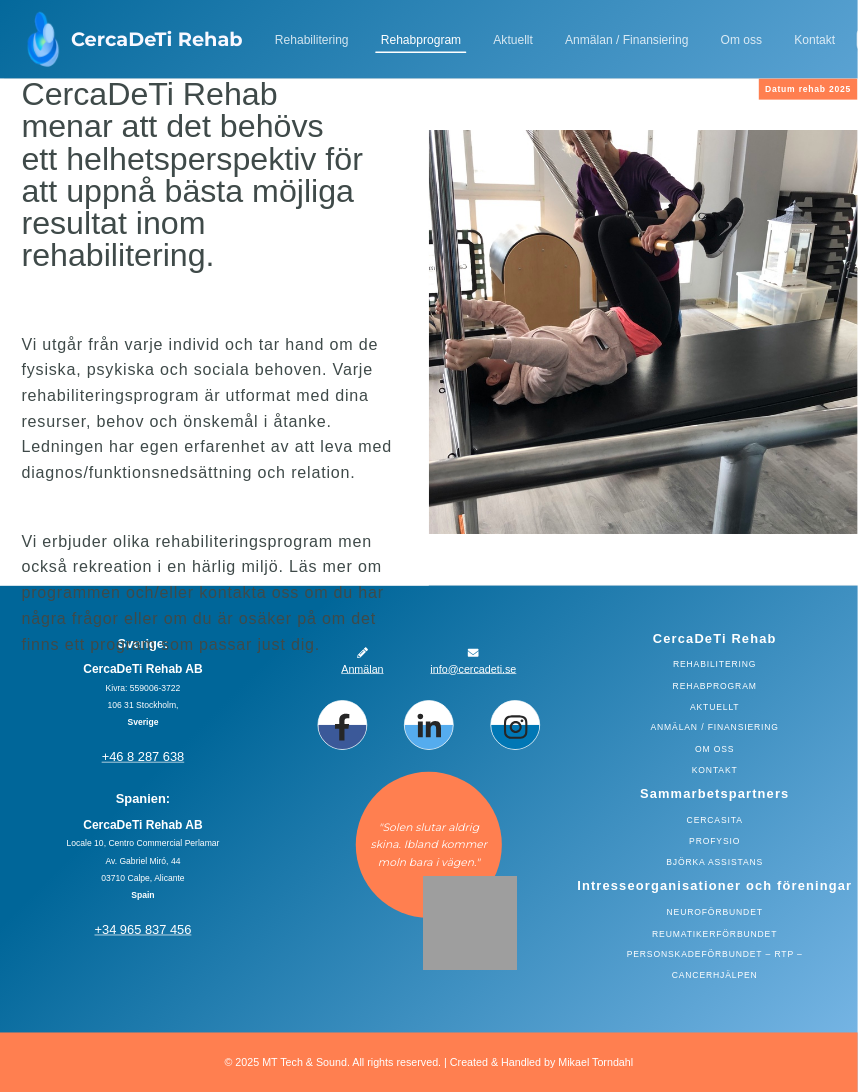
Repository: micketorndahl/CercaDeTi-rehab
Page: Rehabprogram.html
These files come from the project's save history. The page is drawn as it stood at one moment and after the next save; the edit follows.
The browser window is 1280 px wide. The pictures show the whole page, at 67% of full size.
Pictures or frames that could not be fetched are drawn as grey boxes. The page's requests for data from a server got no answer. Some web fonts or font styles are not loaded; a fallback is used. Some web libraries are served in a nearby version.

Above is the page before, as saved 2025-02-07 02:49:02.
Console error: TypeError: Cannot set properties of null (setting 'innerHTML')

### Rehabprogram.html
<!DOCTYPE html>
<html lang="en">
  <head>
    <meta charset="UTF-8" />
    <meta name="viewport" content="width=device-width, initial-scale=1.0" />

    <link
      rel="stylesheet"
      href="https://use.fontawesome.com/releases/v5.6.3/css/all.css"
      integrity="sha384-UHRtZLI+pbxtHCWp1t77Bi1L4ZtiqrqD80Kn4Z8NTSRyMA2Fd33n5dQ8lWUE00s/"
      crossorigin="anonymous"
    />

    <script src="https://cdnjs.cloudflare.com/ajax/libs/font-awesome/5.15.4/js/all.min.js"></script>

    <link rel="stylesheet" href="style.css" />
    <link rel="stylesheet" href="tailwind.css" />
    <title>CercaDeTi Rehab</title>
  </head>
  <body>
    <div class="site-container">
      <header class="header">
        <div class="logo-wrapper">
          <div class="logo">
            <div class="logo-and-text">
              <a href="index.html">
                <img src="/images/cropped-CDTR.gif" alt="Logo" />
                <h1 class="cercadeti">CercaDeTi Rehab</h1>
              </a>
            </div>
          </div>
        </div>

        <nav class="main-nav">
          <div class="nav-container">
            <ul>
              <li>
                <a href="rehabilitering.html">Rehabilitering</a>
              </li>
              <li>
                <a href="rehabprogram.html" class="active">Rehabprogram</a>
              </li>
              <li><a href="aktuellt.html">Aktuellt</a></li>
              <li><a href="anmalan-finans.html">Anmälan / Finansiering</a></li>
              <li><a href="om-oss.html">Om oss</a></li>
              <li><a href="kontakt.html">Kontakt</a></li>
            </ul>
          </div>
        </nav>

        <div class="social-container">
          <div class="social">
            <ul>
              <li>
                <a
                  href="https://www.facebook.com/CercadetiRehab/"
                  title="Facebook"
                  ><i class="fab fa-facebook-f icon"></i
                ></a>
              </li>
              <li>
                <a
                  href="https://www.linkedin.com/company/cercadeti-rehab-ab"
                  title="LinkedIn"
                  ><i class="fab fa-linkedin-in icon"></i
                ></a>
              </li>
              <li>
                <a
                  href="https://www.instagram.com/cercadetirehab/"
                  title="Instagram"
                  ><i class="fab fa-instagram icon"></i
                ></a>
              </li>
            </ul>
          </div>
          <!-- DATES START -->
          <div class="dates-index">
            <div class="card-index">
              <h3>Datum rehab 2025</h3>
              <ul>
                <li>
                  5 – 26 April 2025
                  <a href="anmalan-form.html?period=april" class="label-tag"
                    >Anmäl</a
                  >
                </li>
                <li>
                  10 – 31 Maj 2025
                  <a href="anmalan-form.html?period=maj" class="label-tag"
                    >Anmäl</a
                  >
                </li>
                <li>
                  6 – 27 September 2025
                  <a href="anmalan-form.html?period=september" class="label-tag"
                    >Anmäl</a
                  >
                </li>
                <li>
                  4 – 25 Oktober 2025
                  <a href="anmalan-form.html?period=oktober" class="label-tag"
                    >Anmäl</a
                  >
                </li>
                <li>
                  1 – 22 November 2025
                  <a href="anmalan-form.html?period=november" class="label-tag"
                    >Anmäl</a
                  >
                </li>
              </ul>
            </div>
          </div>
          <!-- DATES END -->
        </div>
      </header>

      <!-- MAIN START -->
      <main>
        <div class="container-rehabprogram">
          <div class="rehabprogram-and-banner-container">
            <section class="rehabprogram">
              <h2>
                CercaDeTi Rehab menar att det behövs ett helhetsperspektiv för
                att uppnå bästa möjliga resultat inom rehabilitering.
              </h2>
              <p>
                Vi utgår från varje individ och tar hand om de fysiska, psykiska
                och sociala behoven. Varje rehabiliteringsprogram är utformat
                med dina resurser, behov och önskemål i åtanke. Ledningen har
                egen erfarenhet av att leva med diagnos/funktionsnedsättning och
                relation.
              </p>

              <p>
                Vi erbjuder olika rehabiliteringsprogram men också rekreation i
                en härlig miljö. Läs mer om programmen och/eller kontakta oss om
                du har några frågor eller om du är osäker på om det finns ett
                program som passar just dig.
              </p>
            </section>

            <div class="banner-rehabprogram" id="banner-rehabprogram">
              <!-- Background layers -->
              <div class="image1"></div>
              <div class="image2"></div>
              <div class="image3"></div>
              <div class="image4"></div>
              <div class="image5"></div>
              <div class="image6"></div>
              <!-- Banner Content -->
              <div class="banner-content-rehabprogram">
                <div class="ctas-container">
                  <a href="#main" class="button-CTA">Program</a>
                </div>
              </div>
            </div>
          </div>

          <!-- <section class="programs-list">
            Lorem ipsum, dolor sit amet consectetur adipisicing elit. Minima
            dolorum facilis voluptate sit, et nostrum accusantium aut earum
            explicabo vitae! Similique excepturi a explicabo officiis. Deleniti
            dolor delectus nobis dolore. Aspernatur magnam hic rem mollitia
            porro corrupti quia repellendus fugit laborum nemo exercitationem
            tenetur maiores ipsa autem iure dolorem vero suscipit quibusdam,
            dolor aliquam error ad neque. Molestias, quae! Nemo? Veritatis modi
            quidem est quos? Dolorem ab libero unde ex natus minima laboriosam
            voluptates, nemo dignissimos, voluptatibus consequatur magni.
            Deserunt nihil rem molestias illum voluptatem in doloribus vel
            voluptatibus deleniti. Dolores, qui aut odio, mollitia culpa
            doloremque repellat tempora repellendus, excepturi unde quisquam.
            Alias quos, labore doloremque doloribus laboriosam aspernatur quo
            suscipit explicabo sequi quibusdam, eveniet, voluptatibus
            accusantium recusandae modi! A, voluptatum sequi explicabo incidunt
            perspiciatis quod non repellendus distinctio aliquid ab sunt vel
            dignissimos earum impedit minus voluptate, dolorem iusto labore
            officia eos perferendis corrupti dolorum fugiat. Sapiente,
            veritatis. Fuga optio quas obcaecati cum ab eligendi odio eum maxime
            nam doloremque fugiat corrupti soluta dolores qui non sunt
            praesentium, voluptates placeat error nemo voluptatem quaerat
            provident! Totam, aliquid consectetur. Adipisci delectus praesentium
            aliquid, eligendi, inventore nesciunt explicabo, ratione
            reprehenderit enim a commodi nobis sint atque? Vel, inventore. Vel
            veniam aut temporibus earum cum provident vitae ipsum sed incidunt
            ducimus? Fuga saepe est quo! Fugiat consectetur quas tempora eum id,
            sit odit nobis nihil non commodi illo rerum doloribus consequatur
            repellat dolore vitae voluptas sint saepe pariatur. Voluptates,
            eaque illo. Reprehenderit quod ea laboriosam eaque unde! Hic
            doloribus voluptatem adipisci earum incidunt sunt dolorem
            praesentium non ullam quisquam, iure quod reprehenderit recusandae
            iusto dolor autem consequatur ducimus dolorum molestiae porro.
            Labore in voluptatum quas consequuntur eos mollitia rerum. Doloribus
            veniam reprehenderit consectetur eius molestias sint asperiores
            commodi fugiat aperiam beatae! Id animi sed reiciendis cum
            blanditiis? Nihil sit dolores praesentium.
          </section> -->
        </div>
      </main>
      <!-- MAIN END -->

      <!-- FOOTER START -->
      <footer class="footer-container">
        <div class="footer-top">
          <div class="footarea1 footer-shared">
            <address class="address-shared address-se">
              <h5>Sverige:</h5>
              <strong
                ><span class="address-company-name"
                  >CercaDeTi Rehab AB</span
                ></strong
              ><br />
              <span class="address-location">Kivra: 559006-3722</span><br />
              <span class="address-city">106 31 Stockholm,</span><br />
              <span class="address-country"
                ><strong>Sverige</strong><br
              /></span>
              <br />
              <span class="telephone"
                ><a href="tel:+468287638">+46 8 287 638</a></span
              >
            </address>

            <div class="address-shared address-es">
              <address>
                <h5>Spanien:</h5>
                <strong
                  ><span class="address-company-name"
                    >CercaDeTi Rehab AB</span
                  > </strong
                ><br />
                <span class="address-location"
                  >Locale 10, Centro Commercial Perlamar</span
                ><br />
                <span class="address-street">Av. Gabriel Miró, 44</span><br />
                <span class="address-city">03710 Calpe, Alicante<br /></span>
                <span class="address-country"
                  ><strong>Spain</strong><br
                /></span>
                <br />
                <span class="telephone"
                  ><a href="tel:+34965837456">+34 965 837 456</a></span
                >
              </address>
            </div>
          </div>
          <div class="footarea2 footer-shared">
            <div class="footarea2-links">
              <a href="anmalan-finans.html"
                ><i class="fas fa-pencil-alt"></i> Anmälan</a
              >
              <a href="mailto:info@cercadeti.se"
                ><i class="fas fa-envelope"></i> info@cercadeti.se</a
              >
            </div>
            <div class="social-footer">
              <ul>
                <li>
                  <a
                    href="https://www.facebook.com/CercadetiRehab/"
                    title="Facebook"
                  >
                    <i class="fab fa-facebook-f icon"></i>
                  </a>
                </li>

                <li>
                  <a
                    href="https://www.linkedin.com/company/cercadeti-rehab-ab"
                    title="LinkedIn"
                    ><i class="fab fa-linkedin-in icon"></i
                  ></a>
                </li>
                <li>
                  <a
                    href="https://www.instagram.com/cercadetirehab/"
                    title="Instagram"
                    ><i class="fab fa-instagram icon"></i
                  ></a>
                </li>
              </ul>
            </div>
            <div class="image-container-footer">
              <div class="image-wrapper">
                <p class="footer-quote">
                  "Solen slutar aldrig skina. Ibland kommer moln bara i vägen."
                </p>
                <img src="images/weelchair.icon.png" alt="wheelchair-icon" />
              </div>
            </div>
          </div>
          <div class="footarea3 footer-shared">
            <nav class="footer-nav">
              <div class="link-column1">
                <h4>CercaDeTi Rehab</h4>
                <ul>
                  <li><a href="rehabilitering.html">Rehabilitering</a></li>
                  <li><a href="rehabprogram.html">Rehabprogram</a></li>
                  <li><a href="aktuellt.html">Aktuellt</a></li>
                  <li>
                    <a href="anmalan-finans.html">Anmälan / Finansiering</a>
                  </li>
                  <li><a href="om-oss.html">Om oss</a></li>
                  <li><a href="kontakt.html">Kontakt</a></li>
                </ul>
              </div>

              <div class="link-column2">
                <h4>Sammarbetspartners</h4>
                <ul>
                  <li><a href="https://cercasita.com/">Cercasita</a></li>
                  <li><a href="https://profysio.es/">ProFysio</a></li>
                  <li>
                    <a href="https://www.bjorka-assistans.se/"
                      >Björka Assistans</a
                    >
                  </li>
                </ul>
              </div>

              <div class="link-column3">
                <h4>Intresseorganisationer och föreningar</h4>
                <ul>
                  <li><a href="https://neuro.se/">Neuroförbundet</a></li>
                  <li>
                    <a href="https://reumatiker.se/">Reumatikerförbundet</a>
                  </li>
                  <li>
                    <a href="https://rtp.se/">Personskadeförbundet – RTP – </a>
                  </li>
                  <li>
                    <a href="http://www.cancerhjalpen.se/">Cancerhjälpen</a>
                  </li>
                </ul>
              </div>
            </nav>
          </div>
        </div>
        <div class="footer-bottom">
          <div class="copyright">
            &copy; 2025 MT Tech &amp; Sound. All rights reserved. | Created
            &amp; Handled by Mikael Torndahl
          </div>
          <div class="additional-info"></div>
        </div>
      </footer>
      <!-- FOOTER END -->
    </div>
    <!-- SCRIPT SRCS -->
    <script src="js/script.js"></script>
    <script src="js/weather-api.js"></script>
  </body>
</html>

### style.css
@import url("css/reset.css");
@import url("css/standard.css");
@import url("css/variables.css");
@import url("css/typography.css");
@import url("css/layout.css");
@import url("css/navigation.css");
@import url("css/post.css");
@import url("css/footer.css");
@import url("css/searchbox.css");
@import url("css/page-templates.css");
@import url("css/mq-tablet.css");
@import url("css/mq-phone.css");
@import url("css/effects.css");
@import url("css/specific-classes.css");

### css/standard.css
/*
/* STANDARD
*/

html {
  scroll-behavior: smooth;
}

a {
  text-decoration: none;
}

[class*="fa"]:not([class*="fab"]) {
  display: block;
  margin: 0 auto;
  padding: 0.2rem;
}

### css/navigation.css
/* NAV */

.main-nav {
  display: flex;
  justify-content: space-around;
  align-items: center;
  padding: 0;
  flex-grow: 0;
  flex-shrink: 0;
}

nav.main-nav ul {
  display: flex;
  justify-content: center;
  margin: 0;
  padding: 0;
}

nav.main-nav ul li {
  list-style: none;
  margin: 0 1rem;
}

.main-nav a {
  position: relative;
  display: inline-block;
  padding: 0.5rem;
  text-decoration: none;
  transition: color 0.2s ease-in-out;
}

nav.main-nav ul li a {
  font-family: var(--font-secondary), sans-serif;
  font-size: 18px;
  font-weight: 400;
  line-height: 1rem;
  /* Slightly darker default color */
  color: var(--dullwhite);
  text-decoration: none;
  transition: all 0.4s ease-in-out;
}

.nav-container {
  display: flex;
}

nav.main-nav ul li a:hover {
  color: var(--white); /* Brighter on hover */
}

nav.main-nav ul li a.active {
  color: var(--white); /* Brightest when active */
}

nav.main-nav ul li a.active::after {
  content: "";
  position: absolute;
  left: 0;
  bottom: -4px;
  width: 100%;
  height: 1px; /* Adjusted height here */
  background-color: var(--white);
  border-radius: 2px;
  transition: transform 0.3s ease, background-color 0.3s ease;
}

/* Hover underline that grows from the left */
nav.main-nav ul li a::after {
  content: "";
  position: absolute;
  left: 0;
  bottom: -4px;
  width: 0;
  height: 1px;
  background-color: var(--white);
  border-radius: 2px;
  transition: width 0.6s ease, background-color 0.6s ease;
  opacity: 0;
}

nav.main-nav ul li a:hover::after {
  width: 100%;
  opacity: 1;
  height: 1px;
}

/* Active link styles */
nav.main-nav ul li a.active::after {
  width: 100%;
  height: 2px; /* Adjusted height here */
  opacity: 1;
}

.social-container {
  display: flex;
  justify-content: space-evenly;
  padding: 0;
  margin: 0;
  align-items: center;
  flex-grow: 1;
  flex-shrink: 1;
}

.social ul {
  display: flex;
  margin: 0;
  padding: 0;
}

.social li {
  margin: 0 0.5rem;
}

.social ul > li > a {
  margin: 0;
  padding: 0;
}

.ctas-container {
  display: flex; /* Aligns buttons side by side */
  justify-content: center;
  align-items: center;
}

### css/post.css
/*
/* POST */
/*

### css/searchbox.css
/*
/* SEARCHBOX */
/*

### css/mq-tablet.css
/*
/* MQ-TABLET */
/*

### css/mq-phone.css
/*
/* MQ-PHONE*/
/*

### css/specific-classes.css
.wrapper-color1 {
  background-color: var(--wrapper-color1);
}

.wrapper-color2 {
  background-color: var(--wrapper-color2);
}

.wrapper-color3 {
  background-color: var(--wrapper-color3);
}

.wrapper-color4 {
  background-color: var(--wrapper-color4);
}

.wrapper-color5 {
  background-color: var(--wrapper-color5);
}

.wrapper-color6 {
  background-color: var(--wrapper-color6);
}

.wrapper-color7 {
  background-color: var(--wrapper-color7);
}

.wrapper-color8 {
  background-color: var(--wrapper-color8);
}

.padding-1 {
  padding-top: 6.6rem;
  padding-bottom: 6.6rem;
}

Loaded but not shown: tailwind.css (library); js/script.js (232 lines, source omitted); js/weather-api.js (90 lines, source omitted); css/page-templates.css (1047 lines, source omitted); css/layout.css (396 lines, source omitted); css/effects.css (384 lines, source omitted); css/reset.css (364 lines, source omitted); css/variables.css (111 lines, source omitted); css/footer.css (185 lines, source omitted); css/typography.css (151 lines, source omitted)

After the next save:
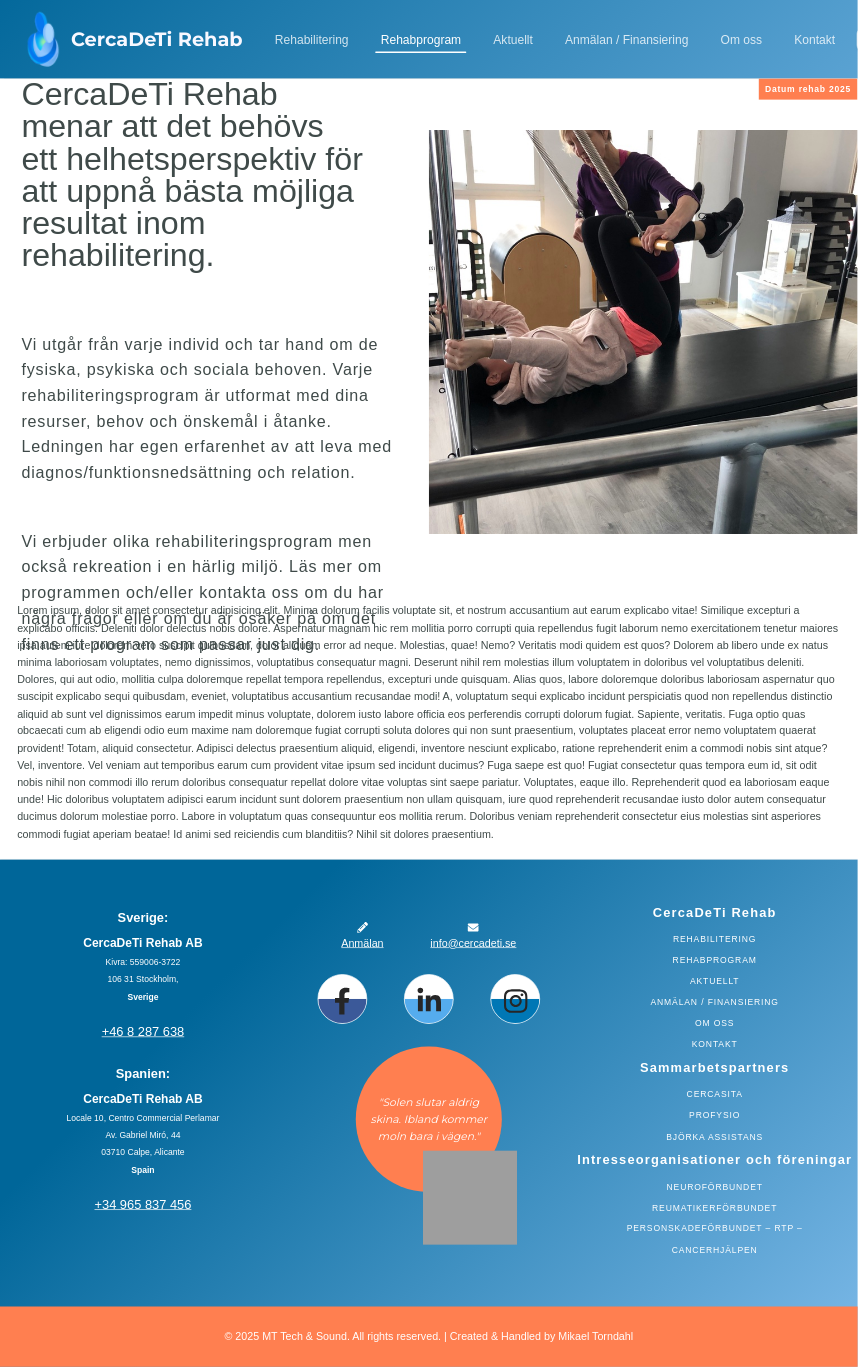
Saved 17 s later.
--- a/Rehabprogram.html
+++ b/Rehabprogram.html
@@ -158,7 +158,7 @@
             </div>
           </div>
 
-          <!-- <section class="programs-list">
+          <section class="programs-list">
             Lorem ipsum, dolor sit amet consectetur adipisicing elit. Minima
             dolorum facilis voluptate sit, et nostrum accusantium aut earum
             explicabo vitae! Similique excepturi a explicabo officiis. Deleniti
@@ -195,7 +195,7 @@
             veniam reprehenderit consectetur eius molestias sint asperiores
             commodi fugiat aperiam beatae! Id animi sed reiciendis cum
             blanditiis? Nihil sit dolores praesentium.
-          </section> -->
+          </section>
         </div>
       </main>
       <!-- MAIN END -->

After the save that followed:
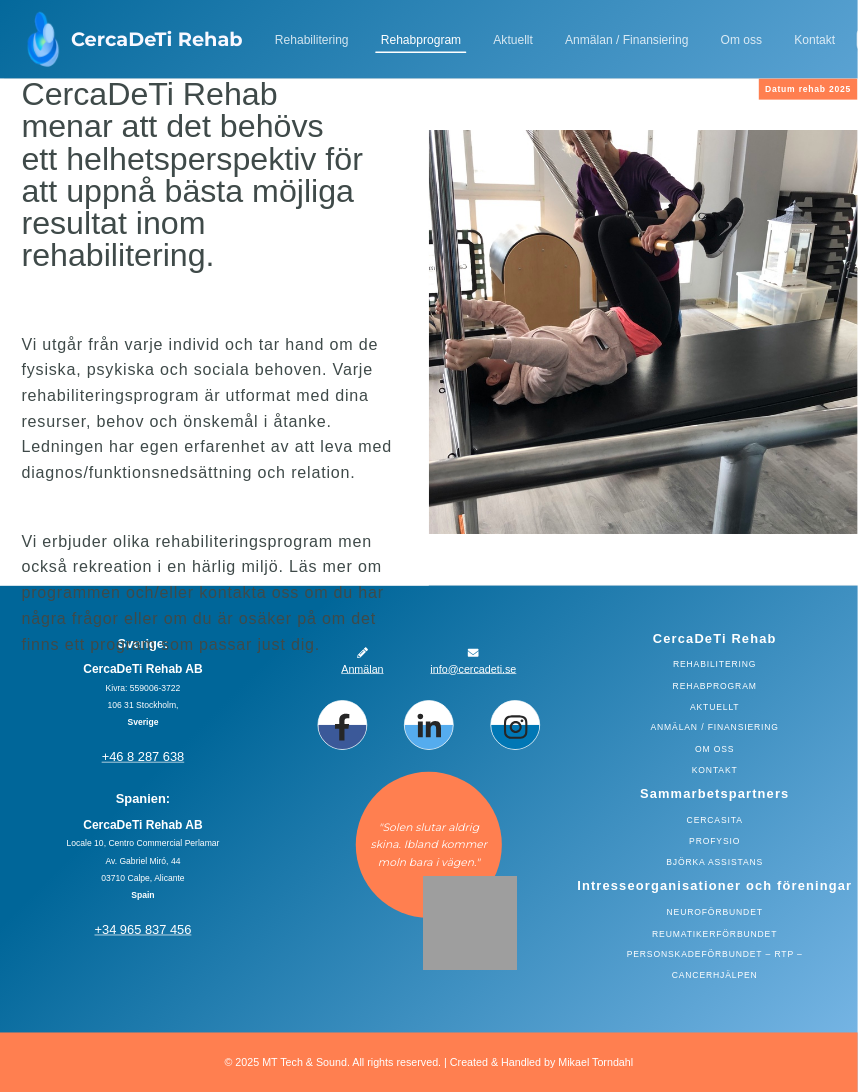
Saved 6 s later.
--- a/Rehabprogram.html
+++ b/Rehabprogram.html
@@ -158,7 +158,7 @@
             </div>
           </div>
 
-          <section class="programs-list">
+          <!-- <section class="programs-list">
             Lorem ipsum, dolor sit amet consectetur adipisicing elit. Minima
             dolorum facilis voluptate sit, et nostrum accusantium aut earum
             explicabo vitae! Similique excepturi a explicabo officiis. Deleniti
@@ -195,7 +195,7 @@
             veniam reprehenderit consectetur eius molestias sint asperiores
             commodi fugiat aperiam beatae! Id animi sed reiciendis cum
             blanditiis? Nihil sit dolores praesentium.
-          </section>
+          </section> -->
         </div>
       </main>
       <!-- MAIN END -->
